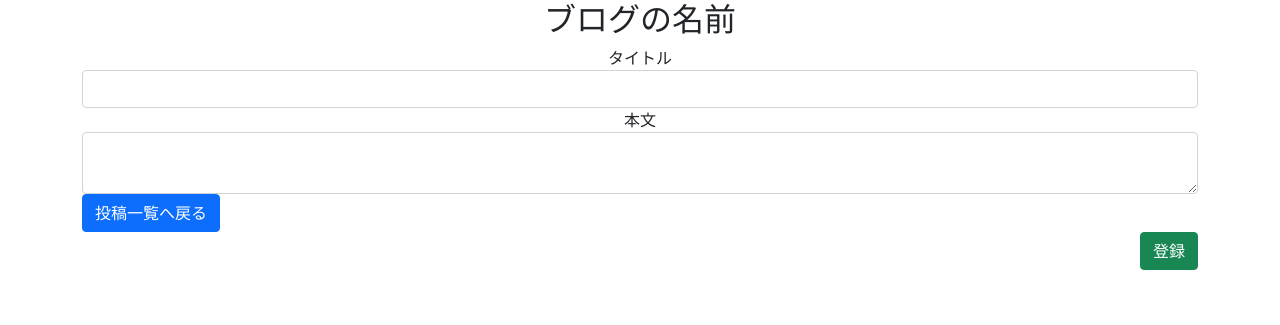
Repository: niimurank/lev-blog
Page: http://localhost/posts/create
The author's editor kept a record of every edit. The page is drawn from the files as they stood at one moment, then again after the next edit.
The browser window is 1280 px wide. The pictures show the whole page.
The page is served by the project's Laravel application, run on PHP 8.4 with Laravel 9. Other server files are loaded and not shown.

Above is the page before.

### blog/app/Providers/AppServiceProvider.php
<?php

namespace App\Providers;

use Illuminate\Support\ServiceProvider;
use Illuminate\Pagination\Paginator;

class AppServiceProvider extends ServiceProvider
{
    /**
     * Register any application services.
     *
     * @return void
     */
    public function register()
    {
        //
    }

    /**
     * Bootstrap any application services.
     *
     * @return void
     */
    public function boot()
    {
        Paginator::useBootstrapFive();
    }
}

### blog/routes/web.php
<?php

use Illuminate\Support\Facades\Route;
use App\Http\Controllers\PostController;
/*
|--------------------------------------------------------------------------
| Web Routes
|--------------------------------------------------------------------------
|
| Here is where you can register web routes for your application. These
| routes are loaded by the RouteServiceProvider within a group which
| contains the "web" middleware group. Now create something great!
|
*/

Route::get('/',[PostController::class,'func'])->name('func');

Route::get('/posts',[PostController::class,'index'])->name('posts.index');

Route::post('/posts',[PostController::class,'store'])->name('posts.store');

Route::get('/posts/create',[PostController::class,'create'])->name('posts.create');

Route::get('/posts/{post}',[PostController::class,'show'])->name('posts.show');

### blog/app/Http/Controllers/PostController.php
<?php

namespace App\Http\Controllers;

use Illuminate\Http\Request;
use App\Models\Post;
class PostController extends Controller
{
	public function func(Post $post)//インポートしたPostをインスタンス化して$postとして使用。
	{
		    return $post->get();//$postの中身を戻り値にする。
	}
	public function index(Post $post){
		return view('posts/index')->with(['posts' => $post->getPaginateByLimit()]);
	}
	public function show(Post $post)
	{
		return view('posts/show')->with(['post'=>$post]);
	}
	public function create(Request $request)
	{
		return view('posts.create');
	}

	public function store(Request $request, Post $post)
	{
		$input = $request['post'];

		$post->fill($input)->save();
		return redirect('/posts/' . $post->id);
	}
}

### blog/resources/views/posts/create.blade.php
<!DOCTYPE html>
<html>
    <head>
        <title>ブログの名前</title>
        <link rel="stylesheet" href="/index.css">
        <!-- CSS only -->
        <link href="https://cdn.jsdelivr.net/npm/bootstrap@5.0.2/dist/css/bootstrap.min.css" rel="stylesheet" integrity="sha384-EVSTQN3/azprG1Anm3QDgpJLIm9Nao0Yz1ztcQTwFspd3yD65VohhpuuCOmLASjC" crossorigin="anonymous">
        <!-- JavaScript Bundle with Popper -->
        <script src="https://cdn.jsdelivr.net/npm/bootstrap@5.0.2/dist/js/bootstrap.bundle.min.js" integrity="sha384-MrcW6ZMFYlzcLA8Nl+NtUVF0sA7MsXsP1UyJoMp4YLEuNSfAP+JcXn/tWtIaxVXM" crossorigin="anonymous"></script>
    </head>
    <body>
        <h2 class="title text-center">ブログの名前</h2>
        <div class="container">
        <form method="POST" action="/posts">
            @csrf
            <fieldset>
                <label class="">タイトル</label>
                <input type=text class="form-control" name="post[title]" id="title">
                <label class="">本文</label>
                <textarea class="form-control" name="post[body]" id="body"></textarea>
                <div class="text-start">
                    <a href="{{ route('posts.index') }}">
                        <button type="button" class="btn btn-primary">投稿一覧へ戻る</button>
                    </a>
                </div>
                <div class="text-end">
                    <a>
                        <button type="submit" class="btn btn-success">登録</button>
                    </a>
                </div>
            </fieldset>
        </form>
        </div>
    </body>
</html>

### blog/public/index.css
body {
    text-align: center;
}

Loaded but not shown: blog/app/Http/Controllers/Controller.php (common file)

After the next edit:
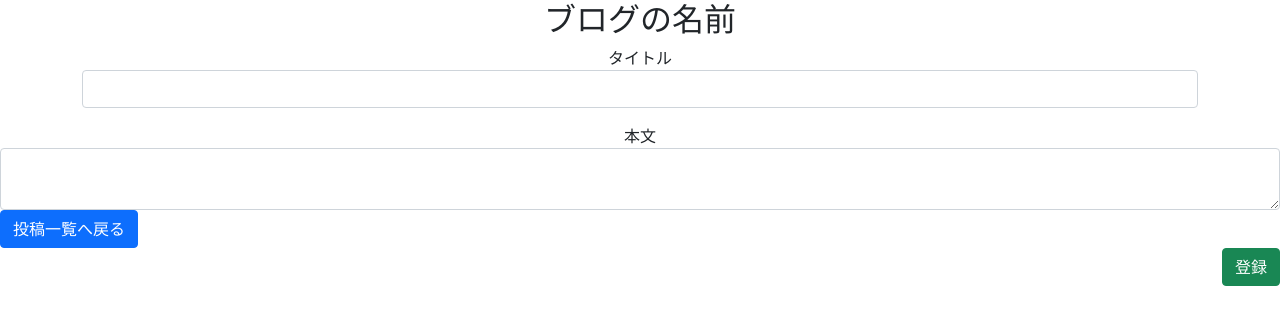
The edit:
--- a/blog/resources/views/posts/create.blade.php
+++ b/blog/resources/views/posts/create.blade.php
@@ -16,6 +16,9 @@
             <fieldset>
                 <label class="">タイトル</label>
                 <input type=text class="form-control" name="post[title]" id="title">
+                <p class="text-danger fw-bold">
+                    {{ $errors->first('post.title') }}
+                </div>
                 <label class="">本文</label>
                 <textarea class="form-control" name="post[body]" id="body"></textarea>
                 <div class="text-start">
